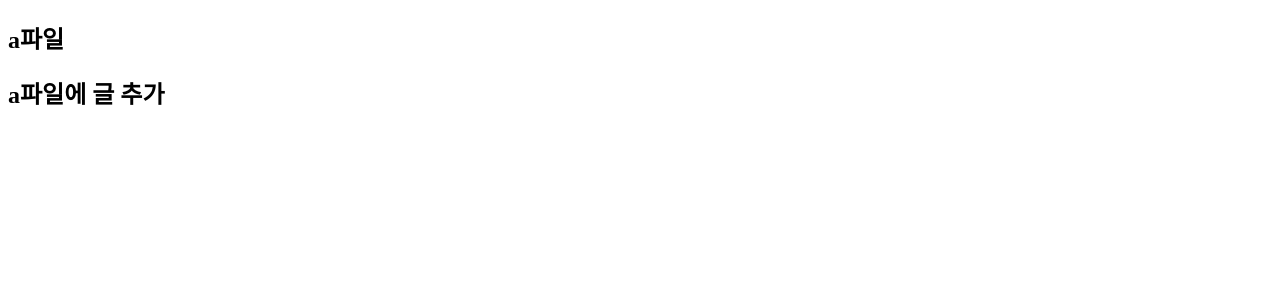
Repository: zlazlazla35/lesson
Page: a.html
These files come from the project's save history. The page is drawn as it stood at one moment and after the next save; the edit follows.
The browser window is 1280 px wide. The pictures show the whole page.

Above is the page before, as saved 2024-10-18 16:07:37.

### a.html
<!DOCTYPE html>
<html lang="en">
<head>
    <meta charset="UTF-8">
    <meta name="viewport" content="width=device-width, initial-scale=1.0">
    <title>Document</title>
</head>
<body>
    <h2>a파일</h2>
    <h2>a파일에 글 추가</h2>
</body>
</html>

After the next save:
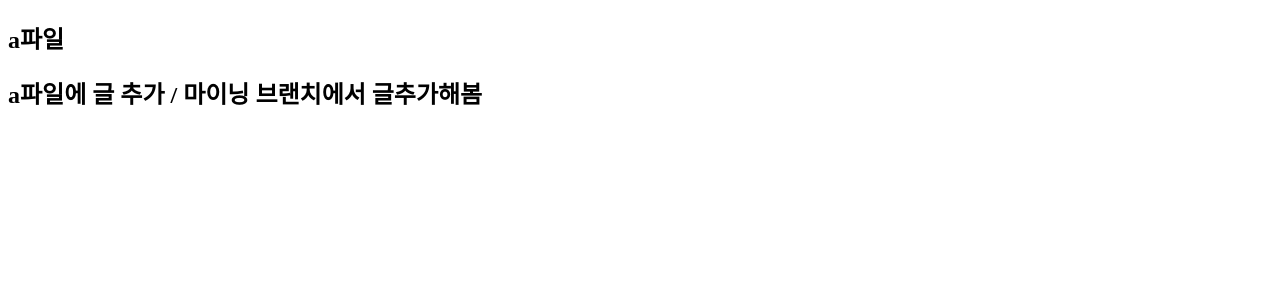
Saved 55 s later.
--- a/a.html
+++ b/a.html
@@ -7,6 +7,6 @@
 </head>
 <body>
     <h2>a파일</h2>
-    <h2>a파일에 글 추가</h2>
+    <h2>a파일에 글 추가 / 마이닝 브랜치에서 글추가해봄</h2>
 </body>
 </html>
